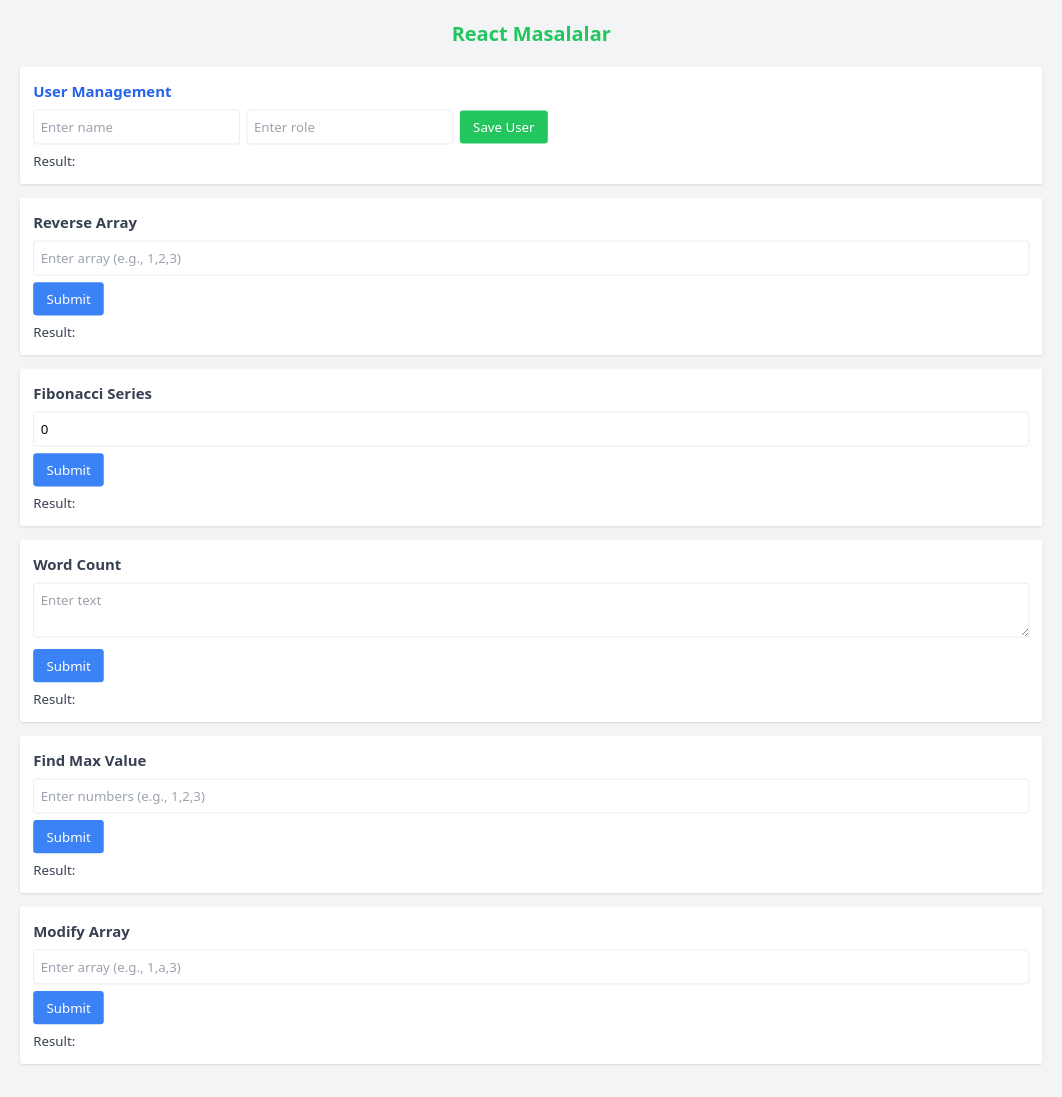
Repository: SitoraRashidova/hw034
Page: /
An editor plug-in stored every save of this project. The page is shown before and after the next save, followed by the edit.
The browser window is 1280 px wide. The pictures show the whole page, at 83% of full size.
The project was rebuilt for these pictures with package versions that can differ from the ones it lists, and the page was loaded fresh each time. Also part of the build but not shown: vite.config.js.

Above is the page before, as saved 2024-12-26 11:21:46.

### src/App.jsx
import React, { useState, useEffect } from "react";

function App() {
  const [user, setUser] = useState({ name: "", role: "" });
  const [arrInput, setArrInput] = useState("");
  const [fibNum, setFibNum] = useState(0);
  const [txt, setTxt] = useState("");
  const [maxArrInput, setMaxArrInput] = useState("");
  const [modArrInput, setModArrInput] = useState("");

  const [res, setRes] = useState(() => {
    const saved = localStorage.getItem("res");
    return saved ? JSON.parse(saved) : {};
  });

  useEffect(() => {
    localStorage.setItem("res", JSON.stringify(res));
  }, [res]);

  const saveUser = () => {
    const roleDisplay = user.role === "admin" ? "Admin" : "User";
    setRes((prev) => ({ ...prev, user: `${user.name} (${roleDisplay})` }));
  };

  const reverseArray = () => {
    const arr = arrInput.split(",").map((item) => item.trim());
    setRes((prev) => ({ ...prev, reverse: arr.reverse() }));
  };

  const fibonacciSeries = () => {
    const n = parseInt(fibNum, 10);
    const fib = Array.from({ length: n }, (_, i) =>
      i < 2 ? i : res.fibonacci[i - 1] + res.fibonacci[i - 2]
    );
    setRes((prev) => ({ ...prev, fibonacci: fib }));
  };

  const countWords = () => {
    const words = txt.trim().split(/\s+/).length;
    setRes((prev) => ({ ...prev, wordCount: words }));
  };

  const findMaxValue = () => {
    const nums = maxArrInput.split(",").map((num) => parseFloat(num));
    setRes((prev) => ({ ...prev, max: Math.max(...nums) }));
  };

  const modifyArray = () => {
    const modified = modArrInput
      .split(",")
      .map((item) =>
        isNaN(item) ? item.trim().toUpperCase() : parseInt(item, 10) + 2
      );
    setRes((prev) => ({ ...prev, modifiedArray: modified }));
  };

  return (
    <div className="p-6 bg-gray-100 font-sans">
      <h1 className="text-2xl font-bold text-center text-green-500 mb-6">
        React Masalalar
      </h1>
<p></p>
      <div className="bg-white p-4 rounded shadow mb-4">
        <h2 className="text-lg font-semibold text-blue-600 mb-2">
          User Management
        </h2>
        <div className="mb-2">
          <input
            type="text"
            placeholder="Enter name"
            value={user.name}
            onChange={(e) => setUser({ ...user, name: e.target.value })}
            className="border p-2 rounded mr-2"
          />
          <input
            type="text"
            placeholder="Enter role"
            value={user.role}
            onChange={(e) => setUser({ ...user, role: e.target.value })}
            className="border p-2 rounded mr-2"
          />
          <button
            onClick={saveUser}
            className="bg-green-500 text-white px-4 py-2 rounded"
          >
            Save User
          </button>
        </div>
        <p className="text-gray-700">Result: {res.user}</p>
      </div>

      <InputSection
        title="Reverse Array"
        placeholder="Enter array (e.g., 1,2,3)"
        value={arrInput}
        setValue={setArrInput}
        onAction={reverseArray}
        result={res.reverse}
      />

      <InputSection
        title="Fibonacci Series"
        placeholder="Enter count"
        value={fibNum}
        setValue={setFibNum}
        onAction={fibonacciSeries}
        result={res.fibonacci}
      />

      <InputSection
        title="Word Count"
        placeholder="Enter text"
        value={txt}
        setValue={setTxt}
        onAction={countWords}
        result={res.wordCount}
        isTextArea
      />

      <InputSection
        title="Find Max Value"
        placeholder="Enter numbers (e.g., 1,2,3)"
        value={maxArrInput}
        setValue={setMaxArrInput}
        onAction={findMaxValue}
        result={res.max}
      />

      <InputSection
        title="Modify Array"
        placeholder="Enter array (e.g., 1,a,3)"
        value={modArrInput}
        setValue={setModArrInput}
        onAction={modifyArray}
        result={res.modifiedArray}
      />
    </div>
  );
}

const InputSection = ({
  title,
  placeholder,
  value,
  setValue,
  onAction,
  result,
  isTextArea = false,
}) => (
  <div className="bg-white p-4 rounded shadow mb-4">
    <h2 className="text-lg font-semibold text-gray-700 mb-2">{title}</h2>
    {isTextArea ? (
      <textarea
        placeholder={placeholder}
        value={value}
        onChange={(e) => setValue(e.target.value)}
        className="w-full border p-2 rounded mb-2"
      />
    ) : (
      <input
        type="text"
        placeholder={placeholder}
        value={value}
        onChange={(e) => setValue(e.target.value)}
        className="border p-2 rounded w-full mb-2"
      />
    )}
    <button
      onClick={onAction}
      className="bg-blue-500 text-white px-4 py-2 rounded"
    >
      Submit
    </button>
    <p className="text-gray-700 mt-2">Result: {JSON.stringify(result)}</p>
  </div>
);

export default App;

Loaded but not shown: index.html (common file); src/main.jsx (common file); src/index.css (common file); tailwind.config.js (common file)

After the next save:
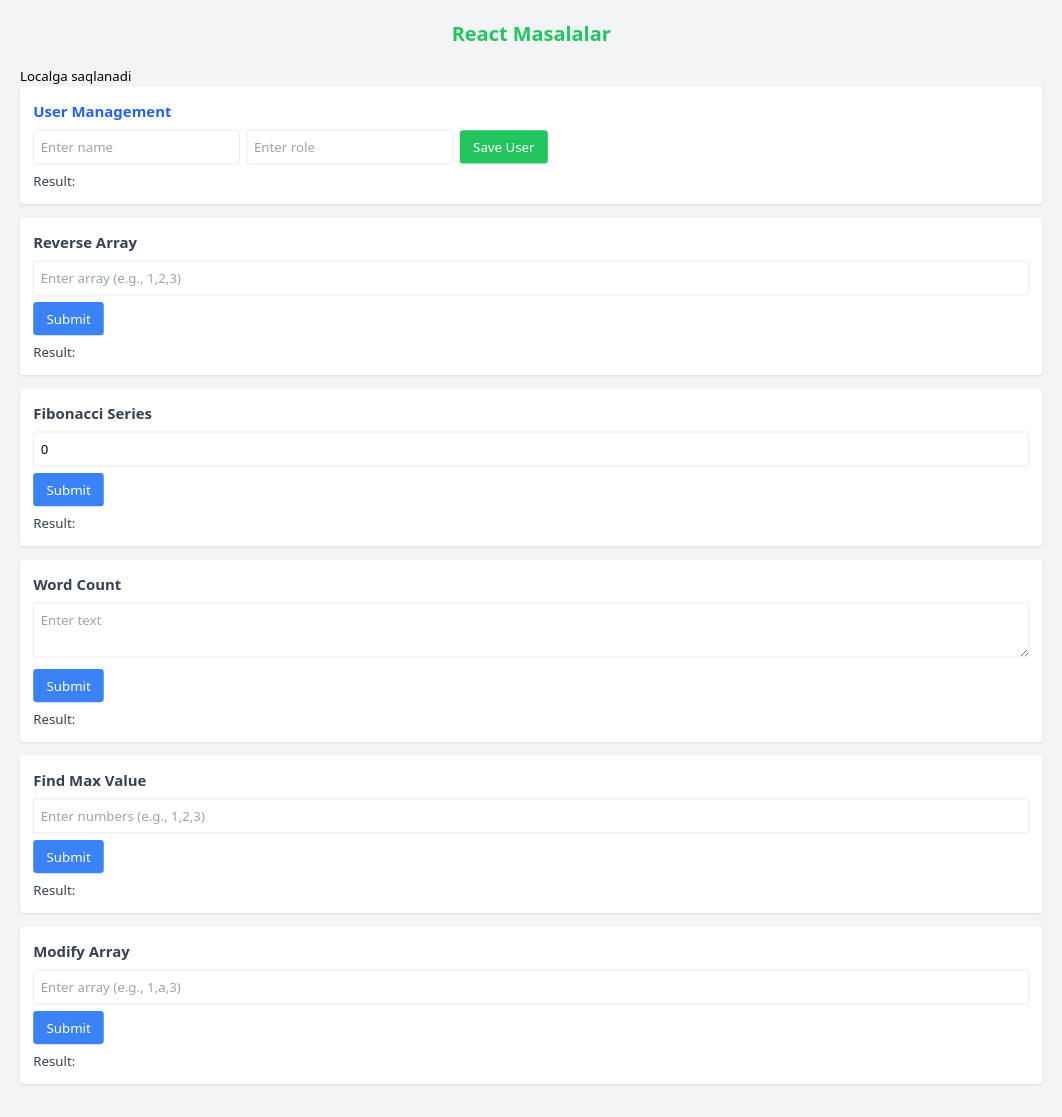
Saved 7 s later.
--- a/src/App.jsx
+++ b/src/App.jsx
@@ -59,7 +59,7 @@
       <h1 className="text-2xl font-bold text-center text-green-500 mb-6">
         React Masalalar
       </h1>
-<p></p>
+<p>Localga saqlanadi</p>
       <div className="bg-white p-4 rounded shadow mb-4">
         <h2 className="text-lg font-semibold text-blue-600 mb-2">
           User Management

After the save that followed:
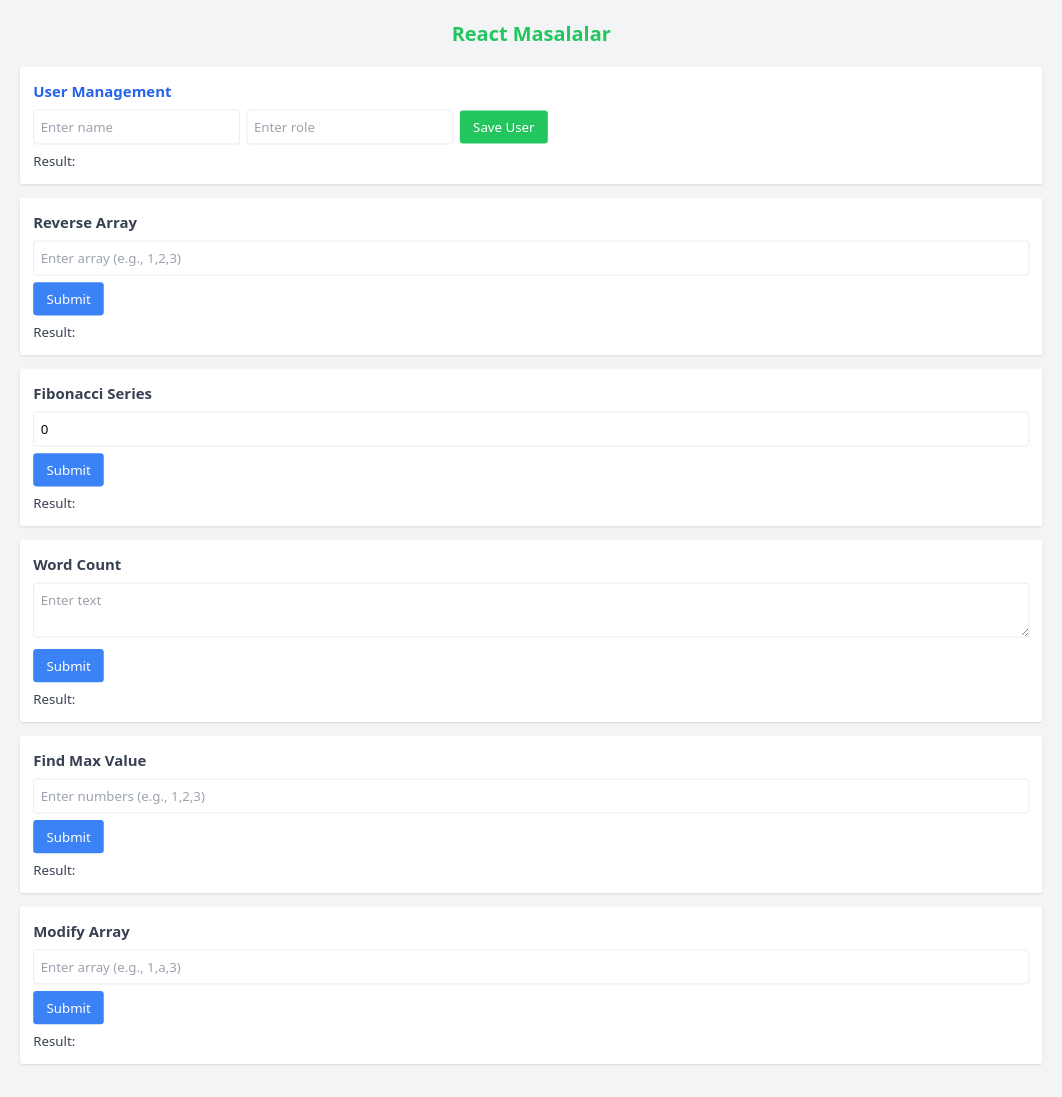
Saved 8 s later.
--- a/src/App.jsx
+++ b/src/App.jsx
@@ -59,7 +59,7 @@
       <h1 className="text-2xl font-bold text-center text-green-500 mb-6">
         React Masalalar
       </h1>
-<p>Localga saqlanadi</p>
+
       <div className="bg-white p-4 rounded shadow mb-4">
         <h2 className="text-lg font-semibold text-blue-600 mb-2">
           User Management
